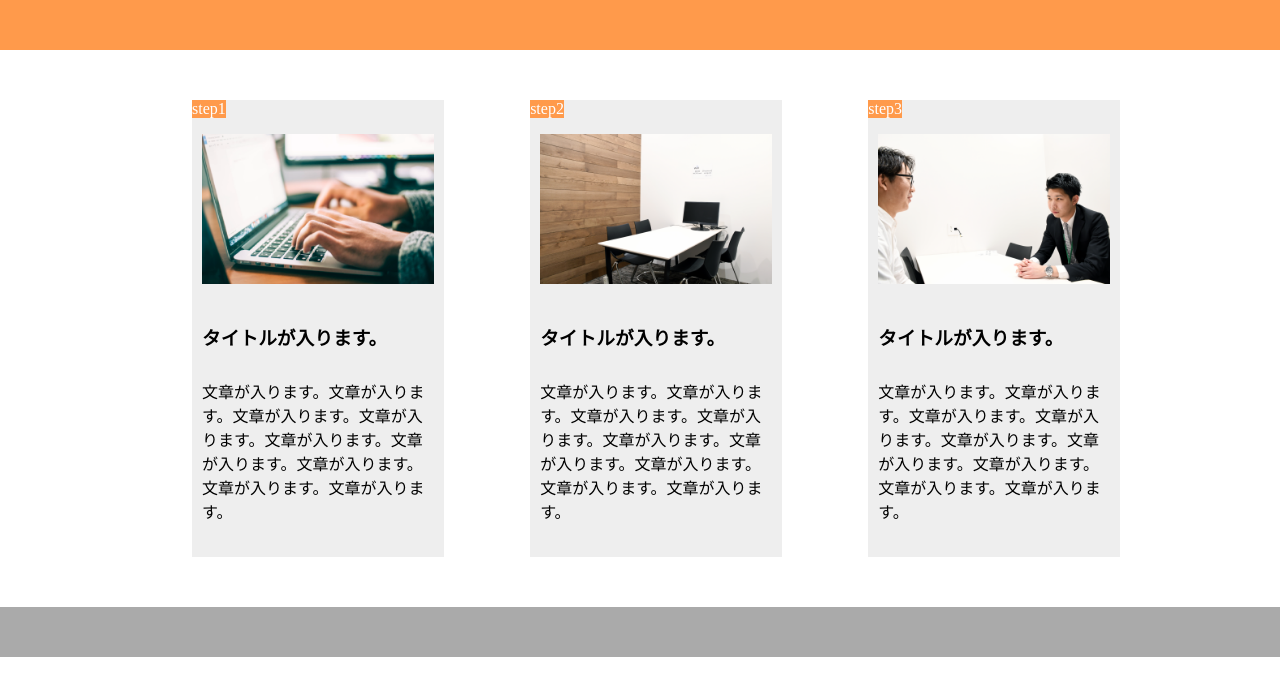
Repository: nosuyuki1002/git-practice2
Page: chpter/9.html
The author's editor kept a record of every edit. The page is drawn from the files as they stood at one moment, then again after the next edit.
The browser window is 1280 px wide. The pictures show the whole page.

Above is the page before.

### chpter/9.html
<!DOCTYPE html>
<html lang="ja">

    <head>

        <meta charset="UTF-8" />
        <link rel="stylesheet" href="style.css">
        <title>chapter9</title>

    </head>

    <body>
        <header></header>

        <main>
        　　<div class="step-box">
        　　  <div class="step-img1"></div>
        　      <p class="step-num">step1</p>

        　　  <h3 class="title">タイトルが入ります。</h3>
        　　  <p>文章が入ります。文章が入ります。文章が入ります。文章が入ります。文章が入ります。文章が入ります。文章が入ります。文章が入ります。文章が入ります。</p>
        　　</div>

        　　<div class="step-box">
        　　  <div class="step-img2"></div>
        　      <p class="step-num">step2</p>

        　　  <h3 class="title">タイトルが入ります。</h3>
        　　  <p>文章が入ります。文章が入ります。文章が入ります。文章が入ります。文章が入ります。文章が入ります。文章が入ります。文章が入ります。文章が入ります。</p>
        　　</div>

        　　<div class="step-box">
        　　  <div class="step-img3"></div>
        　      <p class="step-num">step3</p>

        　　  <h3 class="title">タイトルが入ります。</h3>
        　　  <p>文章が入ります。文章が入ります。文章が入ります。文章が入ります。文章が入ります。文章が入ります。文章が入ります。文章が入ります。文章が入ります。</p>
        　　</div>
        </main>

        <footer></footer>
    </body>
</html>

### chpter/style.css
* {
    margin: 0;
    padding: 0;
    box-sizing: border-box;
}

header {
    height: 50px;
    background-color: #ff9a4b;
}

main {
    width: 960px;
    margin: 50px auto;
    display: flex;
}

.step-box {
    width: 300px;
    margin-right: 30px;
    padding: 10px;
    position: relative;
    background-color: #eee;
}

.step-box:last-child {
    margin-right: 0;
}

.step-img1 {
    height: 150px;
    background-image: url(img3/flow01.png);
    background-position: bottom;
    background-size: cover;
}

.step-img2 {
    height: 150px;
    background-image: url(img3/flow02.png);
    background-position: bottom;
    background-size: cover;
}

.step-img3 {
    height: 150px;
    background-image: url(img3/flow03.png);
    background-position: bottom;
    background-size: cover;
}

.step-num {
    position: absolute;
    top: 0;
    left: 0;
    background-color: #ff9a4b;
    color: white;
}

.title {
    margin: 15px 0 5px;
}

footer {
    height: 50px;
    background-color: #aaa;
}

@media screen and (max-width: 768px) {
    header {
        width: 100%;
    }

    main {
        width: 100%;
        margin: 50px auto;
        display: block;
    }

    .step-box {
        width: 90%;
        padding-bottom: 20px;
    }


}

After the next edit:
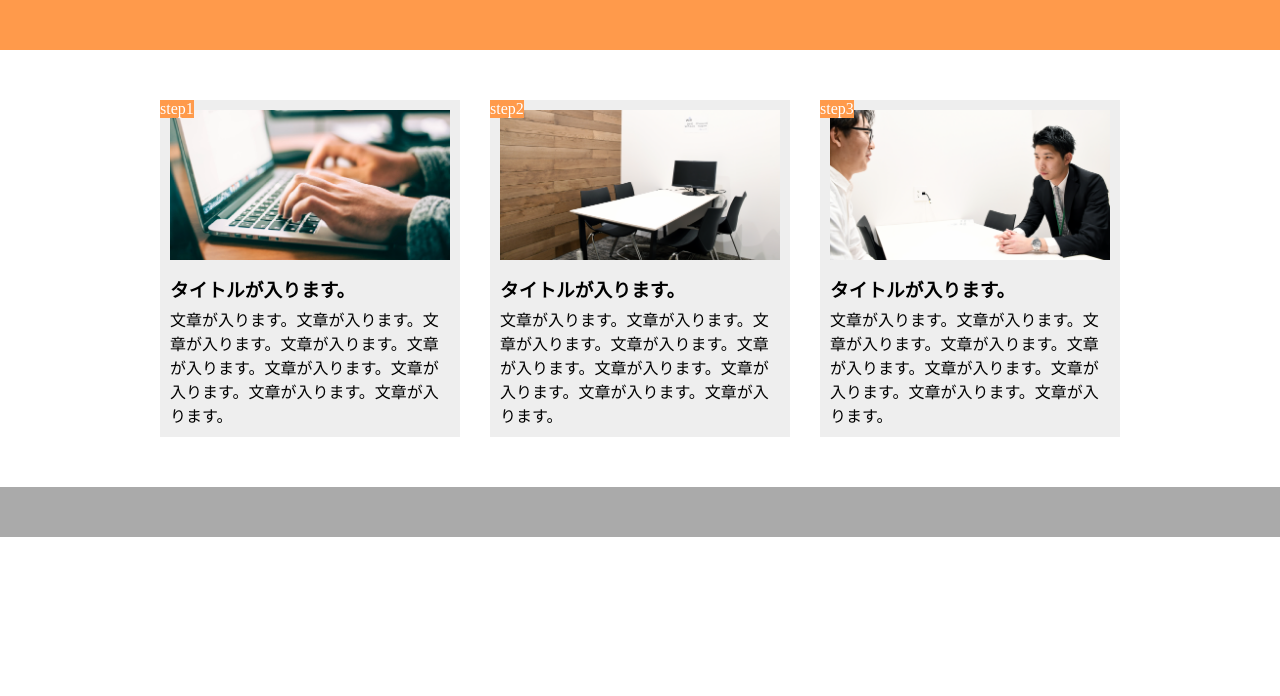
The edit:
--- a/chpter/9.html
+++ b/chpter/9.html
@@ -13,29 +13,29 @@
         <header></header>
 
         <main>
-        　　<div class="step-box">
-        　　  <div class="step-img1"></div>
-        　      <p class="step-num">step1</p>
+        <div class="step-box">
+          <div class="step-img1"></div>
+            <span class="step-num">step1</span>
 
-        　　  <h3 class="title">タイトルが入ります。</h3>
-        　　  <p>文章が入ります。文章が入ります。文章が入ります。文章が入ります。文章が入ります。文章が入ります。文章が入ります。文章が入ります。文章が入ります。</p>
-        　　</div>
+          <h3 class="title">タイトルが入ります。</h3>
+          <p>文章が入ります。文章が入ります。文章が入ります。文章が入ります。文章が入ります。文章が入ります。文章が入ります。文章が入ります。文章が入ります。</p>
+        </div>
 
-        　　<div class="step-box">
-        　　  <div class="step-img2"></div>
-        　      <p class="step-num">step2</p>
+        <div class="step-box">
+          <div class="step-img2"></div>
+              <p class="step-num">step2</p>
 
-        　　  <h3 class="title">タイトルが入ります。</h3>
-        　　  <p>文章が入ります。文章が入ります。文章が入ります。文章が入ります。文章が入ります。文章が入ります。文章が入ります。文章が入ります。文章が入ります。</p>
-        　　</div>
+          <h3 class="title">タイトルが入ります。</h3>
+          <p>文章が入ります。文章が入ります。文章が入ります。文章が入ります。文章が入ります。文章が入ります。文章が入ります。文章が入ります。文章が入ります。</p>
+        </div>
 
-        　　<div class="step-box">
-        　　  <div class="step-img3"></div>
-        　      <p class="step-num">step3</p>
+        <div class="step-box">
+          <div class="step-img3"></div>
+              <p class="step-num">step3</p>
 
-        　　  <h3 class="title">タイトルが入ります。</h3>
-        　　  <p>文章が入ります。文章が入ります。文章が入ります。文章が入ります。文章が入ります。文章が入ります。文章が入ります。文章が入ります。文章が入ります。</p>
-        　　</div>
+          <h3 class="title">タイトルが入ります。</h3>
+          <p>文章が入ります。文章が入ります。文章が入ります。文章が入ります。文章が入ります。文章が入ります。文章が入ります。文章が入ります。文章が入ります。</p>
+        </div>
         </main>
 
         <footer></footer>
